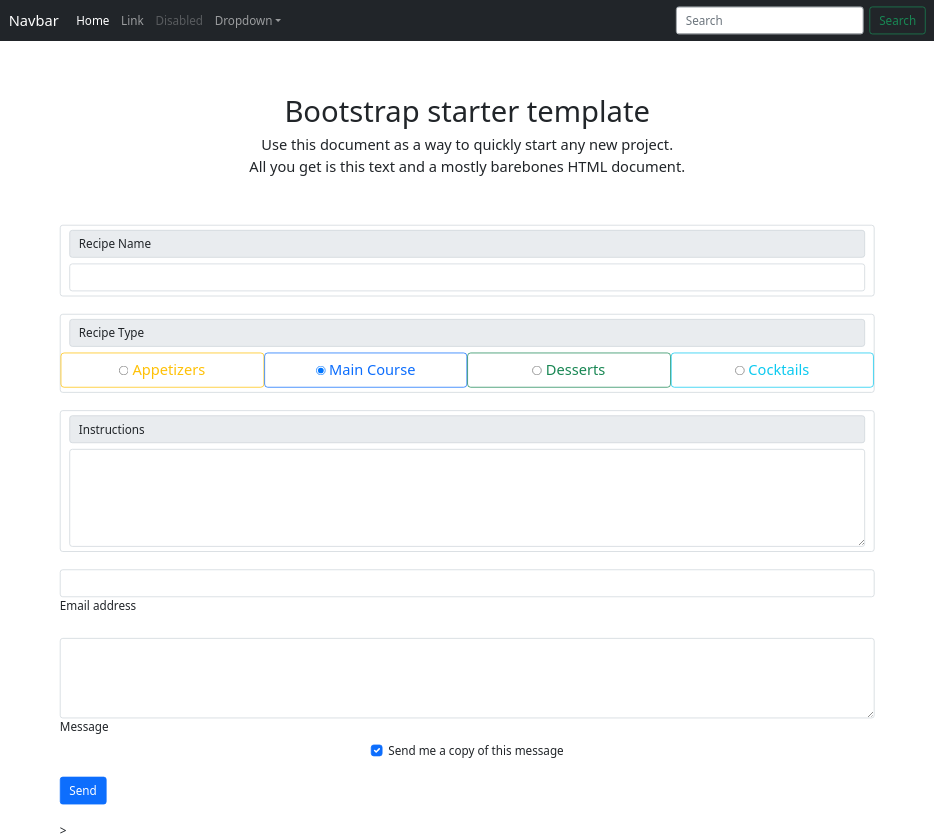
Repository: jerrywthompson/createRecipeWebpageHTML
Page: index.html
The author's editor kept a copy of each file at every save. The page is drawn from the files as they stood at one save, then again after the next save.
The browser window is 1280 px wide. The pictures show the whole page, at 73% of full size.

Above is the page before, as saved 2021-02-25 13:10:04.

### index.html
<!doctype html>
<html lang="en">
    <head>
        <meta charset="utf-8">
        <meta name="viewport" content="width=device-width, initial-scale=1">
        <meta name="description" content="">
        <meta name="author" content="Mark Otto, Jacob Thornton, and Bootstrap contributors">
        <meta name="generator" content="Hugo 0.80.0">
        <title>Starter Template · Bootstrap v5.0</title>

        <link rel="canonical" href="https://getbootstrap.com/docs/5.0/examples/starter-template/">



        <!-- Bootstrap core CSS -->
        <link href="../assets/dist/css/bootstrap.min.css" rel="stylesheet">

        <style>
            .bd-placeholder-img {
                font-size: 1.125rem;
                text-anchor: middle;
                -webkit-user-select: none;
                -moz-user-select: none;
                user-select: none;
            }

            @media (min-width: 768px) {
                .bd-placeholder-img-lg {
                    font-size: 3.5rem;
                }
            }
        </style>


        <!-- Custom styles for this template -->
        <link href="starter-template.css" rel="stylesheet">
    </head>
    <body>

        <nav class="navbar navbar-expand-md navbar-dark bg-dark fixed-top">
            <div class="container-fluid">
                <a class="navbar-brand" href="#">Navbar</a>
                <button class="navbar-toggler" type="button" data-bs-toggle="collapse" data-bs-target="#navbarsExampleDefault" aria-controls="navbarsExampleDefault" aria-expanded="false" aria-label="Toggle navigation">
                    <span class="navbar-toggler-icon"></span>
                </button>

                <div class="collapse navbar-collapse" id="navbarsExampleDefault">
                    <ul class="navbar-nav me-auto mb-2 mb-md-0">
                        <li class="nav-item">
                            <a class="nav-link active" aria-current="page" href="#">Home</a>
                        </li>
                        <li class="nav-item">
                            <a class="nav-link" href="#">Link</a>
                        </li>
                        <li class="nav-item">
                            <a class="nav-link disabled" href="#" tabindex="-1" aria-disabled="true">Disabled</a>
                        </li>
                        <li class="nav-item dropdown">
                            <a class="nav-link dropdown-toggle" href="#" id="dropdown01" data-bs-toggle="dropdown" aria-expanded="false">Dropdown</a>
                            <ul class="dropdown-menu" aria-labelledby="dropdown01">
                                <li><a class="dropdown-item" href="#">Action</a></li>
                                <li><a class="dropdown-item" href="#">Another action</a></li>
                                <li><a class="dropdown-item" href="#">Something else here</a></li>
                            </ul>
                        </li>
                    </ul>
                    <form class="d-flex">
                        <input class="form-control me-2" type="search" placeholder="Search" aria-label="Search">
                        <button class="btn btn-outline-success" type="submit">Search</button>
                    </form>
                </div>
            </div>
        </nav>



        <div class="starter-template text-center py-5 px-3">
            <h1>Bootstrap starter template</h1>
            <p class="lead">Use this document as a way to quickly start any new project.<br> All you get is this text and a mostly barebones HTML document.</p>
        </div>
        <main class="container">
            <div class="input-section">
                <fieldset class="form-group">

                    <form action="test.php" method="post">
                        <div class="form-control mb-4">
                            <div class="input-group-prepend mb-2">
                                <span class="input-group-text" id="inputGroup-sizing-default">Recipe Name</span>
                            </div>
                            <input type="text" name="notes" class="form-control" aria-label="Default" aria-describedby="inputGroup-sizing-default">
                        </div>

                        <div class="form-control mb-4">
                            <div class="input-group-prepend mb-2">
                                <span class="input-group-text" id="inputGroup-sizing-default">Recipe Type</span>
                            </div>
                            <div class="btn-toolbar row ml-2">
                                <label class="btn btn-outline-warning btn-lg col-lg-3">
                                    <input type="radio" name="recipeType" id="appetizers" value="appetizers" autocomplete="off" > Appetizers
                                </label>
                                <label class="btn btn-outline-primary btn-lg col-lg-3">
                                    <input type="radio" name="recipeType" id="main_course" value="main_course" autocomplete="off" checked> Main Course
                                </label>
                                <label class="btn btn-outline-success btn-lg col-lg-3">
                                    <input type="radio" name="recipeType" id="desserts" value="desserts" autocomplete="off"> Desserts
                                </label>
                                <label class="btn btn-outline-info btn-lg col-lg-3">
                                    <input type="radio" name="recipeType" id="cocktails" value="cocktails" autocomplete="off"> Cocktails
                                </label>
                            </div>
                        </div>

                        <div class="form-control mb-4">
                            <div class="input-group-prepend mb-2">
                                <span class="input-group-text">Instructions</span>
                            </div>
                            <textarea class="form-control" name="instrucions" id="instrucions" rows="5"></textarea>
                        </div>

                        <!-- Email input -->
                        <div class="form-outline mb-4">
                            <input type="email" id="form4Example2" class="form-control" />
                            <label class="form-label" for="form4Example2">Email address</label>
                        </div>

                        <div class="form-outline">
                            <textarea class="form-control" id="textAreaExample" rows="4"></textarea>
                            <label class="form-label" for="textAreaExample">Message</label>
                          </div>

                        <!-- Checkbox -->
                        <div class="form-check d-flex justify-content-center mb-4">
                            <input
                                class="form-check-input me-2"
                                type="checkbox"
                                value=""
                                id="form4Example4"
                                checked
                                />
                            <label class="form-check-label" for="form4Example4">
                                Send me a copy of this message
                            </label>
                        </div>

                        <!-- Submit button -->
                        <button type="submit" class="btn btn-primary btn-block mb-4">Send</button>
                    </form>

</fieldset>>




                    <script src="../assets/dist/js/bootstrap.bundle.min.js"></script>


                    </body>
                    </html>
                    <a href="../flask_db4/flaskblog/templates/create_post.html"></a>

Loaded but not shown: assets/dist/css/bootstrap.min.css (library); starter-template.css (common file); assets/dist/js/bootstrap.bundle.min.js (library); css/main.css (common file); css/bootstrap5/css/bootstrap.min.css (library)

After the next save:
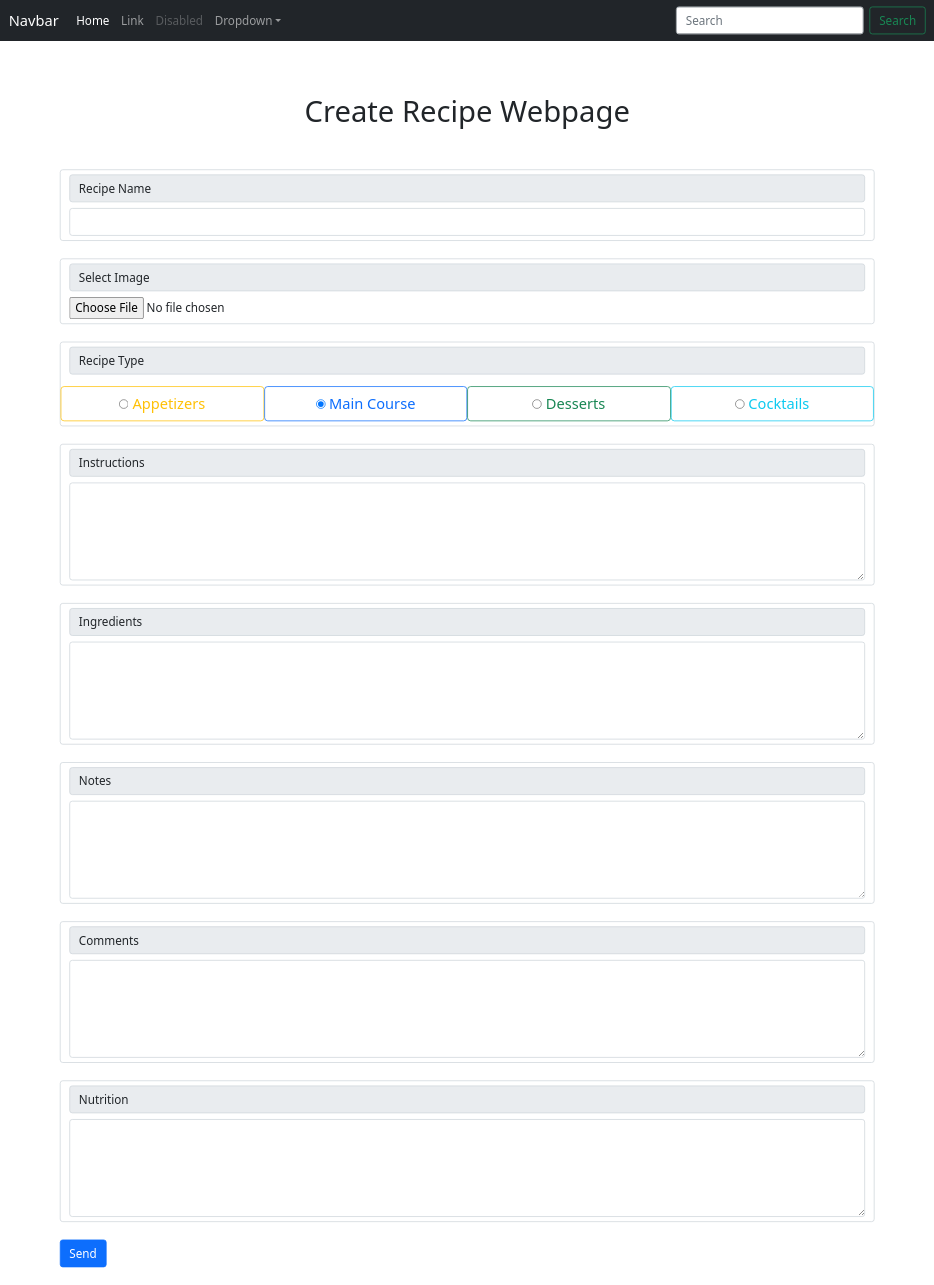
Saved 36 min 50 s later.
--- a/index.html
+++ b/index.html
@@ -6,14 +6,11 @@
         <meta name="description" content="">
         <meta name="author" content="Mark Otto, Jacob Thornton, and Bootstrap contributors">
         <meta name="generator" content="Hugo 0.80.0">
-        <title>Starter Template · Bootstrap v5.0</title>
+        <title>Create Recipe Webpage</title>
 
-        <link rel="canonical" href="https://getbootstrap.com/docs/5.0/examples/starter-template/">
-
-
-
+        <link rel="stylesheet" href="css/main.css"/>
         <!-- Bootstrap core CSS -->
-        <link href="../assets/dist/css/bootstrap.min.css" rel="stylesheet">
+        <link href="css/bootstrap5/css/bootstrap.min.css" rel="stylesheet">
 
         <style>
             .bd-placeholder-img {
@@ -31,9 +28,6 @@
             }
         </style>
 
-
-        <!-- Custom styles for this template -->
-        <link href="starter-template.css" rel="stylesheet">
     </head>
     <body>
 
@@ -71,27 +65,33 @@
                 </div>
             </div>
         </nav>
-
-
-
         <div class="starter-template text-center py-5 px-3">
-            <h1>Bootstrap starter template</h1>
-            <p class="lead">Use this document as a way to quickly start any new project.<br> All you get is this text and a mostly barebones HTML document.</p>
+            <h1>Create Recipe Webpage</h1>
         </div>
         <main class="container">
             <div class="input-section">
                 <fieldset class="form-group">
 
-                    <form action="test.php" method="post">
+                    <form action="main.php" method="post">
                         <div class="form-control mb-4">
                             <div class="input-group-prepend mb-2">
                                 <span class="input-group-text" id="inputGroup-sizing-default">Recipe Name</span>
                             </div>
-                            <input type="text" name="notes" class="form-control" aria-label="Default" aria-describedby="inputGroup-sizing-default">
+                            <input type="text" name="recipeName" class="form-control" aria-label="Default" aria-describedby="inputGroup-sizing-default">
                         </div>
 
+
                         <div class="form-control mb-4">
+
                             <div class="input-group-prepend mb-2">
+                                <span class="input-group-text">Select Image</span>
+                            </div>
+                            <input type="file" class="custom-file-input" name="image" id="exampleInputFile">
+                        </div>
+
+
+                        <div class="form-control mb-4">
+                            <div class="input-group-prepend mb-3">
                                 <span class="input-group-text" id="inputGroup-sizing-default">Recipe Type</span>
                             </div>
                             <div class="btn-toolbar row ml-2">
@@ -109,51 +109,52 @@
                                 </label>
                             </div>
                         </div>
-
                         <div class="form-control mb-4">
                             <div class="input-group-prepend mb-2">
                                 <span class="input-group-text">Instructions</span>
                             </div>
-                            <textarea class="form-control" name="instrucions" id="instrucions" rows="5"></textarea>
+                            <textarea class="form-control" name="instructions" id="instructions" rows="5"></textarea>
+                        </div>
+                        <div class="form-control mb-4">
+                            <div class="input-group-prepend mb-2">
+                                <span class="input-group-text">Ingredients</span>
+                            </div>
+                            <textarea class="form-control" name="ingredients" id="ingredients" rows="5"></textarea>
                         </div>
 
-                        <!-- Email input -->
-                        <div class="form-outline mb-4">
-                            <input type="email" id="form4Example2" class="form-control" />
-                            <label class="form-label" for="form4Example2">Email address</label>
+                        <div class="form-control mb-4">
+                            <div class="input-group-prepend mb-2">
+                                <span class="input-group-text">Notes</span>
+                            </div>
+                            <textarea class="form-control" name="notes" id="notes" rows="5"></textarea>
                         </div>
 
-                        <div class="form-outline">
-                            <textarea class="form-control" id="textAreaExample" rows="4"></textarea>
-                            <label class="form-label" for="textAreaExample">Message</label>
-                          </div>
+                        <div class="form-control mb-4">
+                            <div class="input-group-prepend mb-2">
+                                <span class="input-group-text">Comments</span>
+                            </div>
+                            <textarea class="form-control" name="comments" id="comments" rows="5"></textarea>
+                        </div>
 
-                        <!-- Checkbox -->
-                        <div class="form-check d-flex justify-content-center mb-4">
-                            <input
-                                class="form-check-input me-2"
-                                type="checkbox"
-                                value=""
-                                id="form4Example4"
-                                checked
-                                />
-                            <label class="form-check-label" for="form4Example4">
-                                Send me a copy of this message
-                            </label>
+                        <div class="form-control mb-4">
+                            <div class="input-group-prepend mb-2">
+                                <span class="input-group-text">Nutrition</span>
+                            </div>
+                            <textarea class="form-control" name="nutrition" id="nutrition" rows="5"></textarea>
                         </div>
 
                         <!-- Submit button -->
                         <button type="submit" class="btn btn-primary btn-block mb-4">Send</button>
                     </form>
 
-</fieldset>>
+                </fieldset>
 
 
 
 
-                    <script src="../assets/dist/js/bootstrap.bundle.min.js"></script>
+                <script src="../assets/dist/js/bootstrap.bundle.min.js"></script>
 
 
-                    </body>
-                    </html>
-                    <a href="../flask_db4/flaskblog/templates/create_post.html"></a>
+                </body>
+                </html>
+                <a href="../flask_db4/flaskblog/templates/create_post.html"></a>
